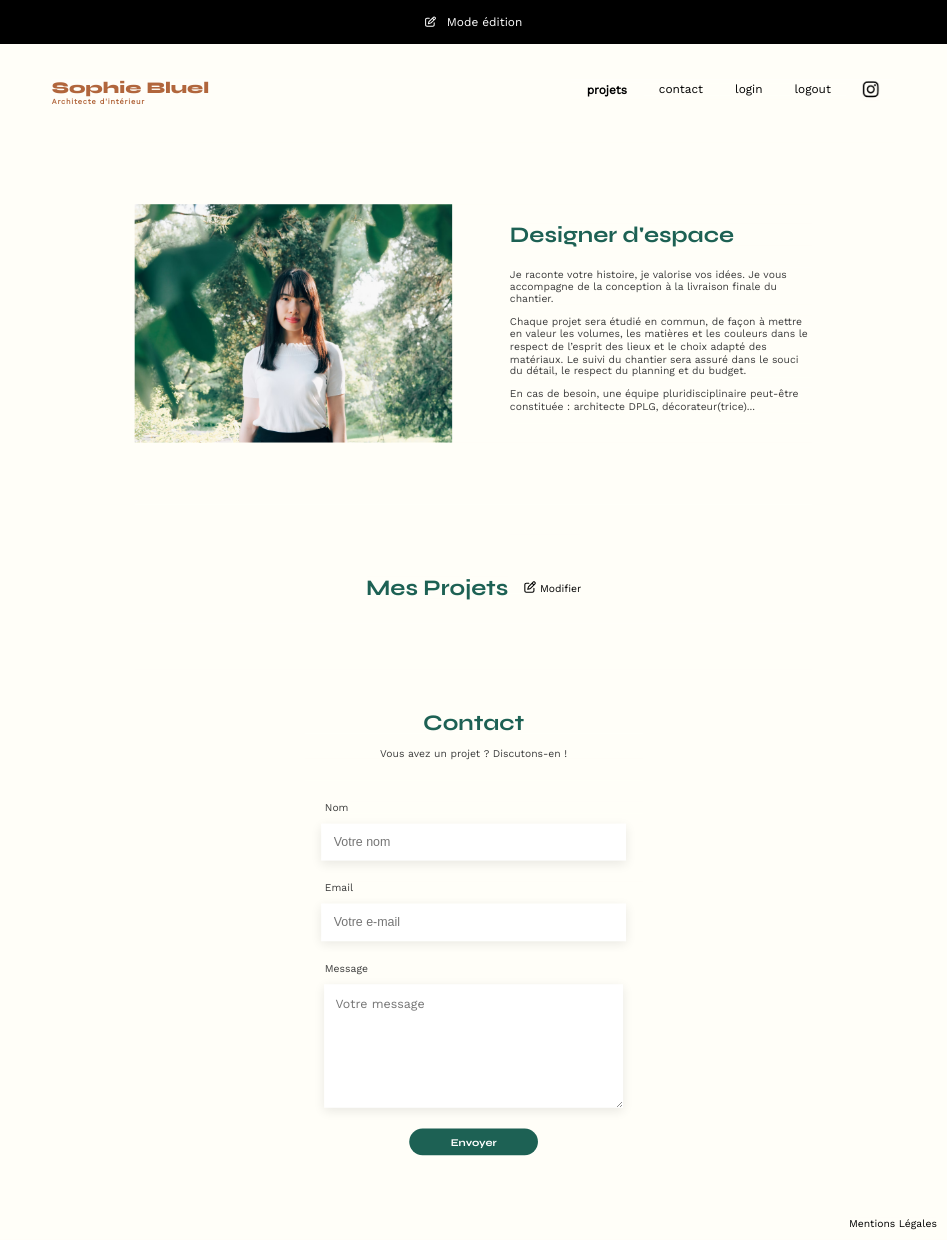
Repository: BlueSoley23/openclassrooms
Page: FrontEnd/index.html
The author's editor kept a copy of each file at every save. The page is drawn from the files as they stood at one save, then again after the next save.
The browser window is 1280 px wide. The pictures show the whole page, at 74% of full size.
The page's requests for data from a server got no answer.

Above is the page before, as saved 2023-12-21 07:20:35.
Console error: TypeError: categories is not iterable

After the next save:
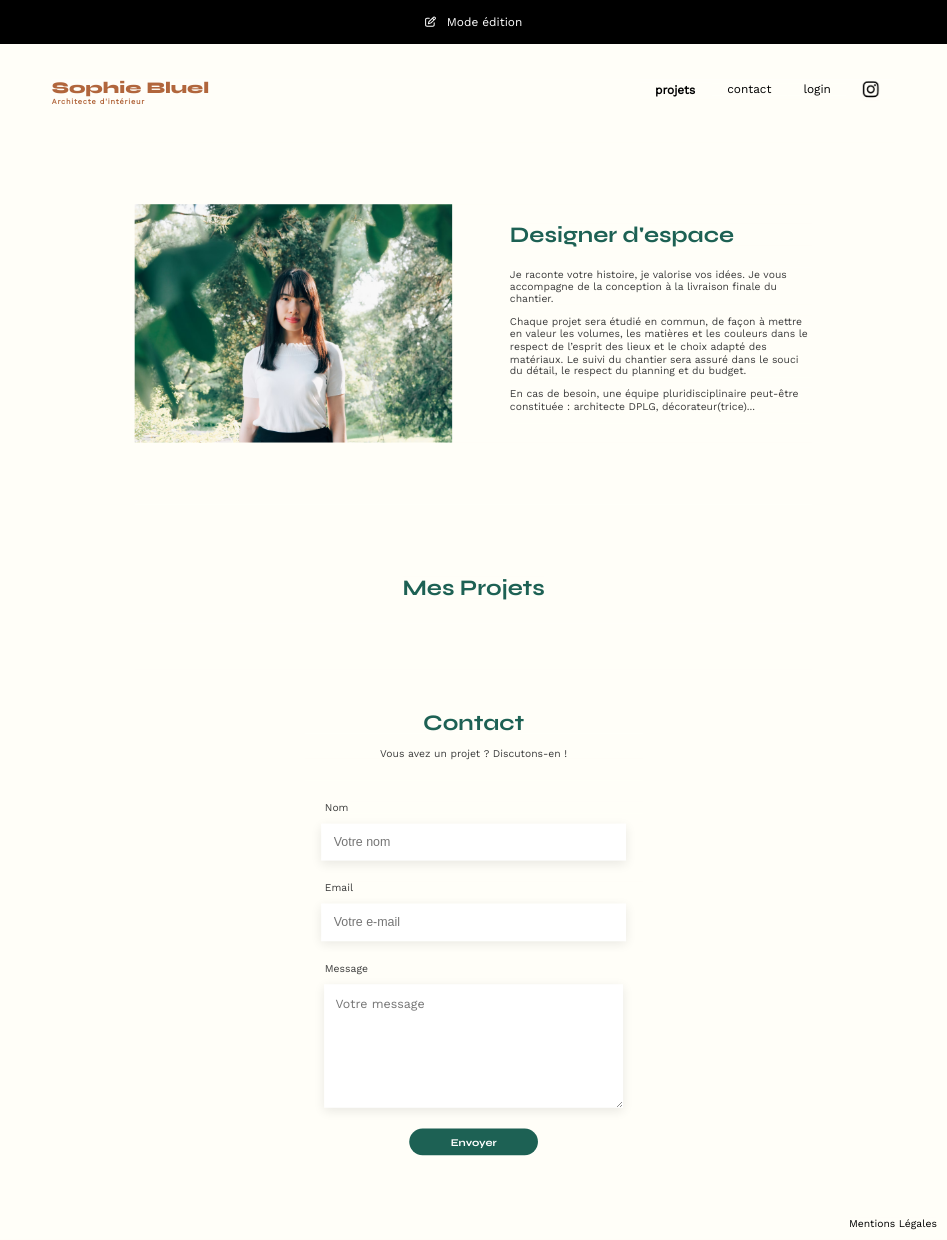
Saved 16 s later.
--- a/FrontEnd/assets/css/style.css
+++ b/FrontEnd/assets/css/style.css
@@ -520,7 +520,7 @@
 /* ##################### Définition des styles de la page en mode édition (utiliusateur connecté ##################### */
 /* ################################################################################################################### */
 
-	.hidden #hidden {
+	.hidden {
 		display: none;
 	}
 
